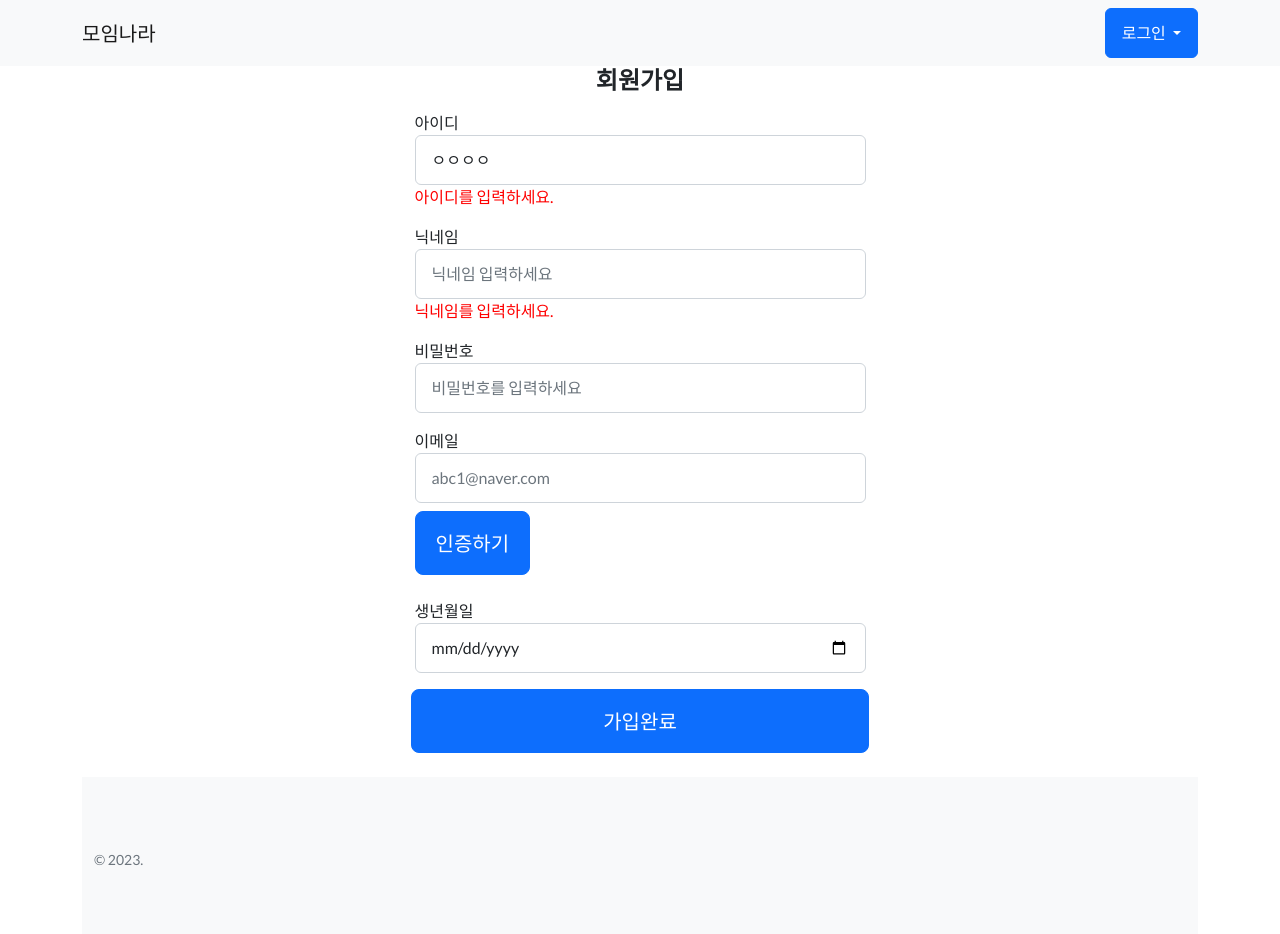
Repository: cmg9707/Devfox-spring-project
Page: http://localhost/DevJUS/WEB-INF/views/JUS/mo.jsp
The author's editor kept a copy of each file at every save. The page is drawn from the files as they stood at one save, then again after the next save.
The browser window is 1280 px wide. The pictures show the whole page.
The page is served by Tomcat 9. Nobody is signed in. The template is opened directly, without the code that normally fills it, so the values that code supplies are empty.

Above is the page before, as saved 2023-04-08 12:03:53.

After the next save:
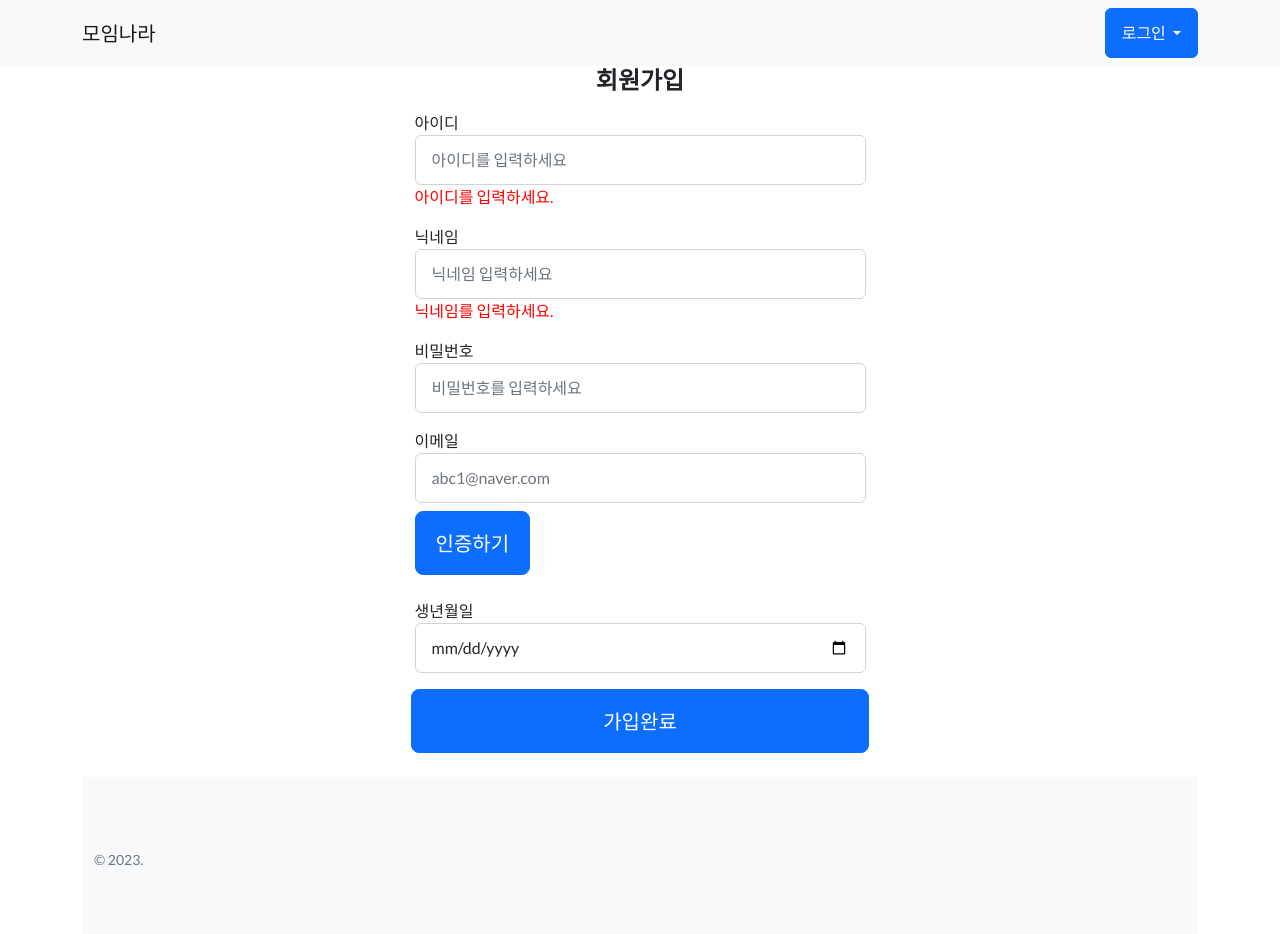
Saved 12 s later.
--- a/DevJUS/src/main/webapp/WEB-INF/views/JUS/mo.jsp
+++ b/DevJUS/src/main/webapp/WEB-INF/views/JUS/mo.jsp
@@ -53,7 +53,7 @@
 						<div class="col-md-5 mb-3" id="user_id1">
 							<label for="user_id">아이디</label>
 							<input type="text" class="form-control" id="user_id" maxlength="8" name="user_id"
-								 placeholder="아이디를 입력하세요" value="ㅇㅇㅇㅇ" >
+								 placeholder="아이디를 입력하세요" value="" >
 							   <span class="user-id-error-message" style="color: red;">아이디를 입력하세요.</span>
 
 						</div>
